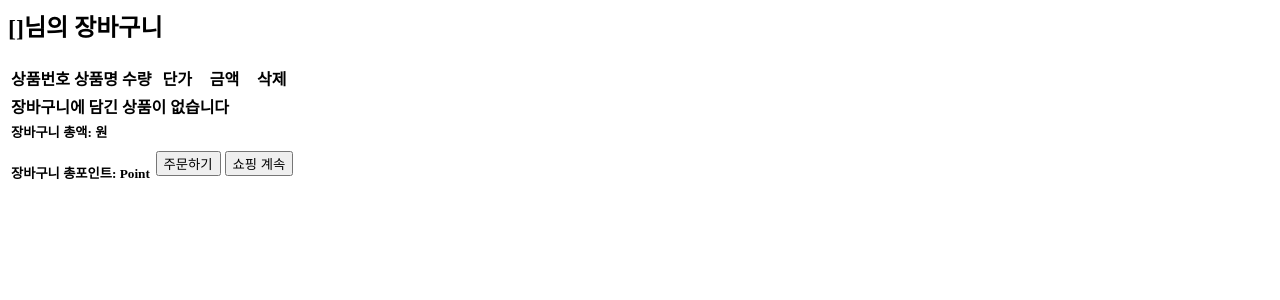
Repository: Jayking0215/myjava
Page: http://localhost/SpringWeb/WEB-INF/views/shop/cartList.jsp
These files come from the project's save history. The page is drawn as it stood at one moment and after the next save; the edit follows.
The browser window is 1280 px wide. The pictures show the whole page.
The page is served by Tomcat 9. Nobody is signed in. The template is opened directly, without the code that normally fills it, so the values that code supplies are empty.

Above is the page before, as saved 2023-05-10 08:52:11.

After the next save:
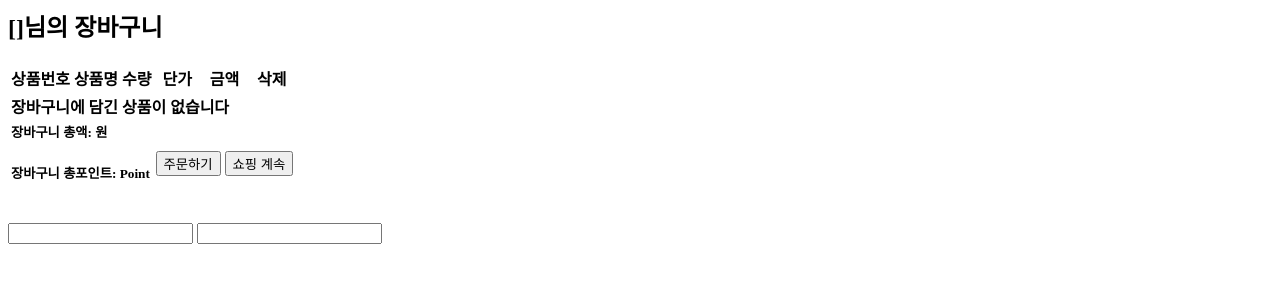
Saved 15 h 24 min later.
--- a/SpringWorkspace/SpringWeb/src/main/webapp/WEB-INF/views/shop/cartList.jsp
+++ b/SpringWorkspace/SpringWeb/src/main/webapp/WEB-INF/views/shop/cartList.jsp
@@ -100,12 +100,25 @@
 			<input type="hidden" name="cartNum">
 		</form>
 		<!-- 삭제form end------------- -->
+
+		<!-- 수정form------------------- -->
+		<form action="ef" action="cartEdit">
+			<input type="text" name="cartNum">
+			<input type="text" name="pqty">
+		</form>
+		<!-- ---------------------------- -->
 	</div>
 </div>
 
 <script>
 	function cartDel(cnum){
 		//alert(cnum);
+		let yn=confirm('정말 삭제할까요?');
+		if(yn){
+			df.cartNum.value=cum;
+			df.method='post';
+			df.submit();
+		}
 		df.cartNum.value=cnum;
 		df.method='post';
 		df.submit();
